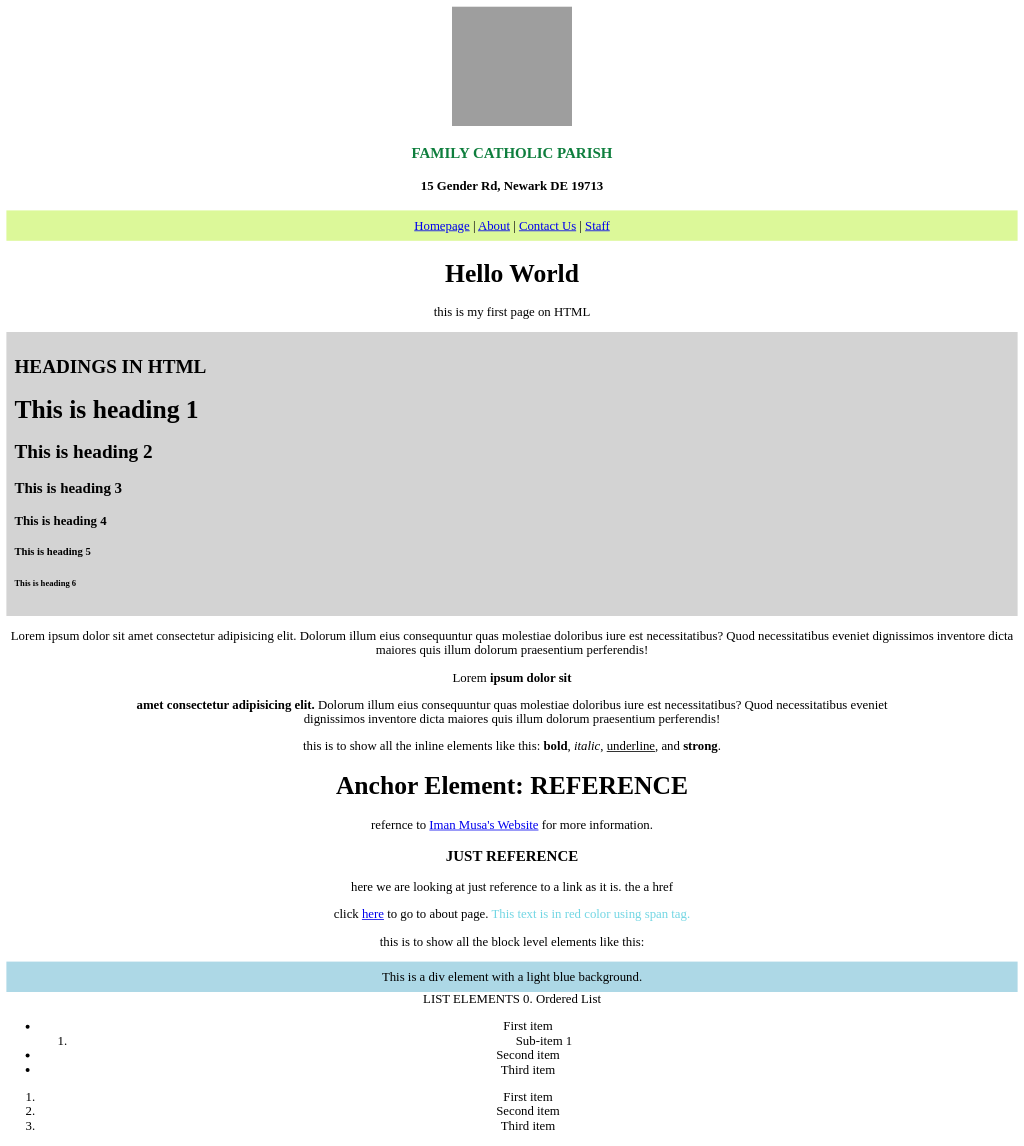
Repository: ficotims/HTML-RESTART
Page: Homepage.html
The author's editor kept a copy of each file at every save. The page is drawn from the files as they stood at one save, then again after the next save.
The browser window is 1280 px wide. The pictures show the whole page, at 80% of full size.
Pictures or frames that could not be fetched are drawn as grey boxes.

Above is the page before, as saved 2026-02-03 06:11:15.

After the next save:
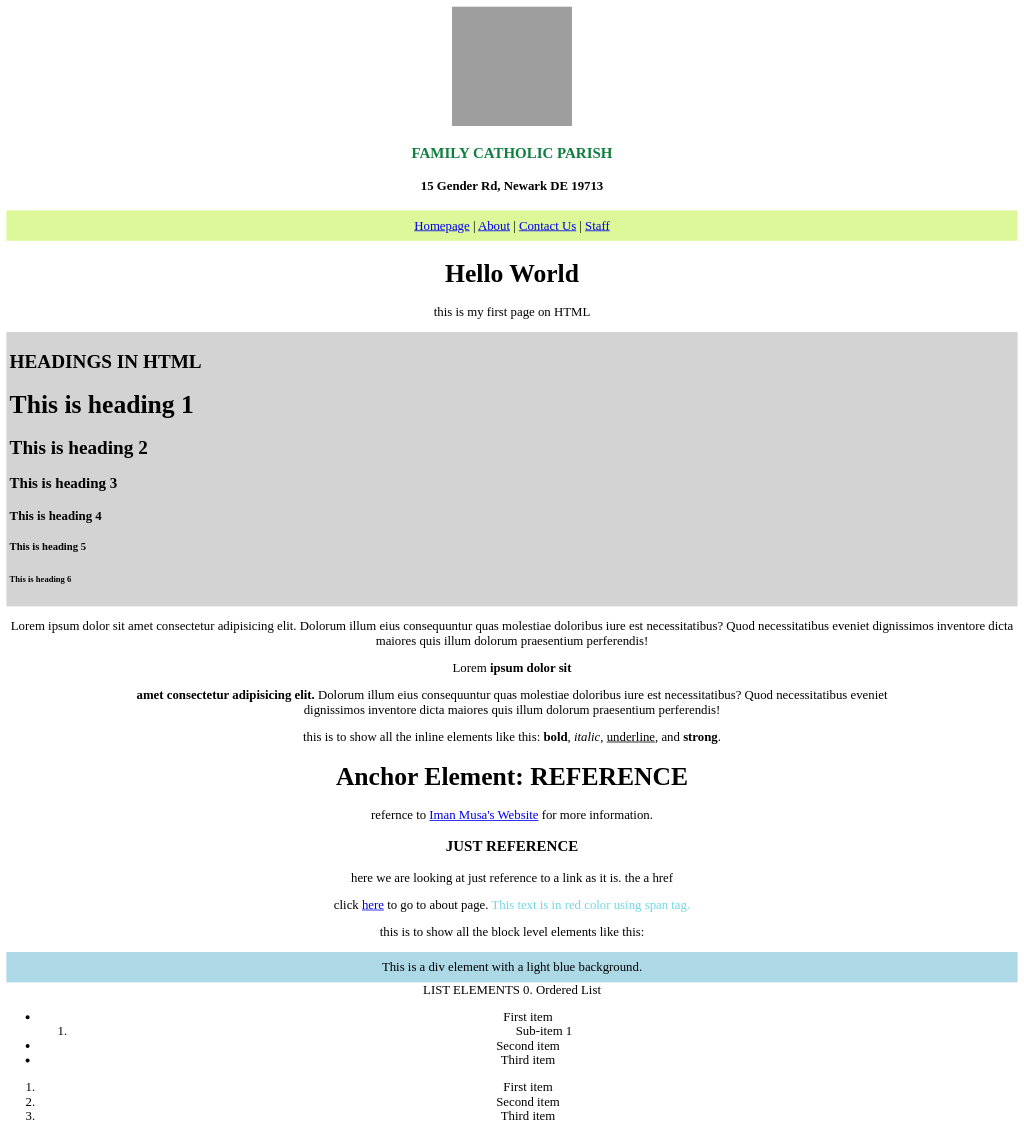
Saved 85 s later.
--- a/Homepage.html
+++ b/Homepage.html
@@ -26,7 +26,7 @@
     <p>this is my first page on HTML</p>
     <!-- this is a comment and will not appear on the screen/ page -->
     <!-- let us introduce the headings -->
-    <div style="background-color: lightgray; padding: 10px; text-align: left">
+    <div style="background-color: lightgray; padding: 4px; text-align: left">
       <h2>HEADINGS IN HTML</h2>
     <h1>This is heading 1</h1>
     <h2>This is heading 2</h2>
